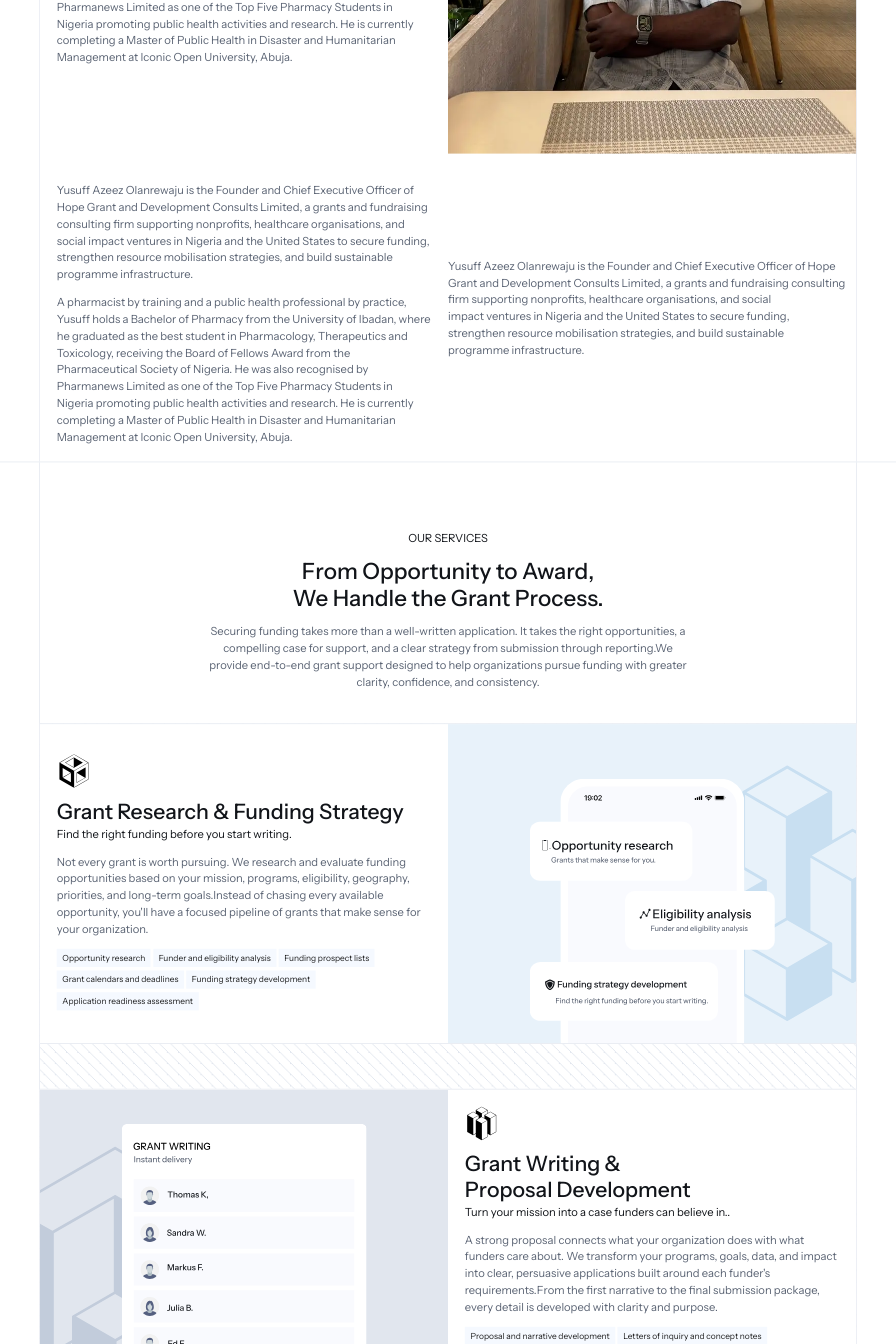
Repository: Ajeyinka/Upgrowth
Page: about.html
The author's editor kept a copy of each file at every save. The page is drawn from the files as they stood at one save, then again after the next save.
The browser window is 1280 px wide. The pictures show the part of the page from y = 558 to 2478 px (the page is 5307 px tall before and 5291 px after), at 70% of full size.

Above is the page before, as saved 2026-09-24 18:39:11.

After the next save:
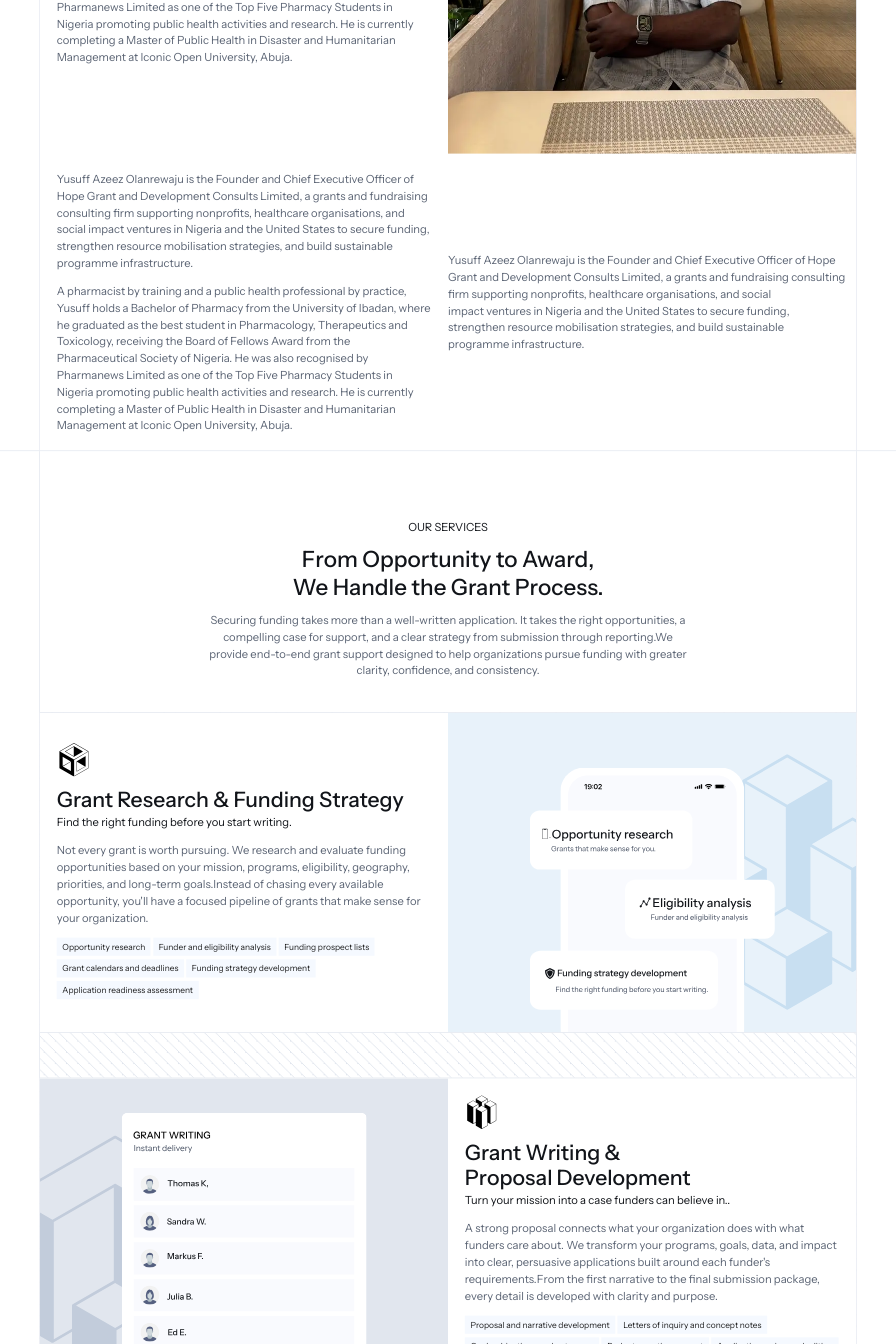
Saved 9 s later.
--- a/about.html
+++ b/about.html
@@ -81,12 +81,7 @@
 
            <div class="two-col-grid">
             <div class="grid-text">
-              <div>
-
-
-
-                </h2>
-              </div>
+
 
               <p>
                 Yusuff Azeez Olanrewaju is the Founder and Chief Executive Officer of Hope Grant and Development Consults Limited, a grants and fundraising consulting firm supporting nonprofits, healthcare organisations, and social impact ventures in Nigeria and the United States to secure funding, strengthen resource mobilisation strategies, and build sustainable programme infrastructure.
